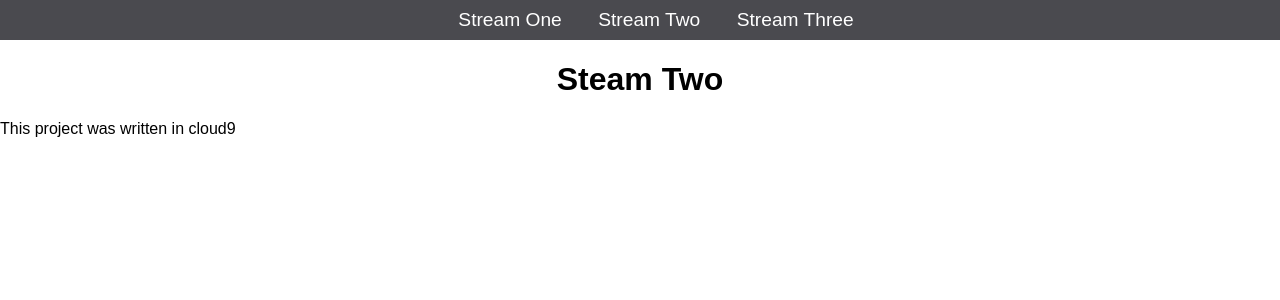
Repository: lisaannbyrne1/my-first-website
Page: stream-two.html
The author's editor kept a record of every edit. The page is drawn from the files as they stood at one moment, then again after the next edit.
The browser window is 1280 px wide. The pictures show the whole page.

Above is the page before.

### stream-two.html
<!DOCTYPE html>
<html>
    <head>
        <title>Hello World</title>
        <link rel="stylesheet" href="css/style.css" type="text/css" />
    </head>
    <body>
        <nav>
            <ul>
                <li><a href="stream-one.html">Stream One</a></li>
                <li><a href="stream-two.html">Stream Two</a></li>
                <li><a href="stream-three.html">Stream Three</a></li>
            </ul>
        </nav>
        <h1>Steam Two</h1>
        <p>This project was written in cloud9</p>
    </body>
</html>

### css/style.css
body{
    margin: 0;
    padding: 0;
    font-family: 'Oswald', sans-serif;
}

nav ul {
    list-style: none;
    background-color: #4a4a4f;
    text-align: center;
    margin: 0;
    padding: 0;
}

nav li {
    font-size: 1.2em;
    line-height: 40px;
    height: 40px;
    display: inline-block;
    margin-left: 2.5%;
}

nav a {
    text-decoration: none;
    color: #ffffff;
    display: block;
}

nav a:hover {
    background-color: #ffffff;
    color: #4a4a4f;
}

.card {
    float: left;
    width: 20%;
    margin-left: 10%;
}

.card a {
    text-align: center;
}

img {
    width: 100%;
}

h1{
    text-align: center;
}

After the next edit:
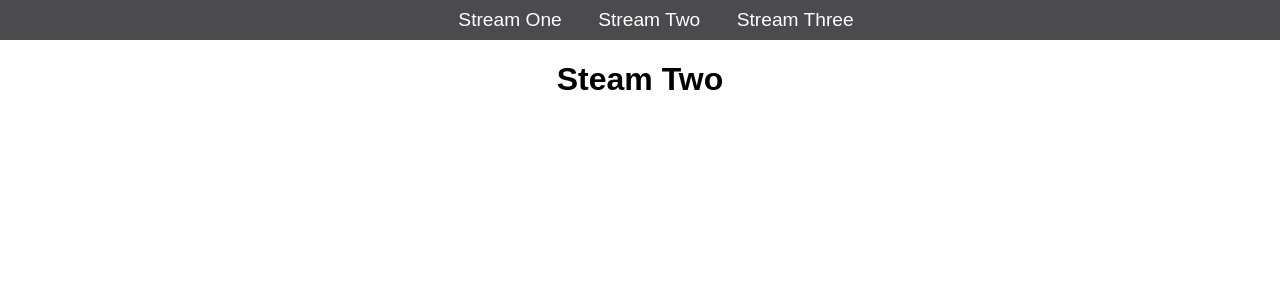
The edit:
--- a/stream-two.html
+++ b/stream-two.html
@@ -13,6 +13,10 @@
             </ul>
         </nav>
         <h1>Steam Two</h1>
-        <p>This project was written in cloud9</p>
+       <div class="card">
+            <a href="">
+                <img src=""/>
+                <h2></h2>
+            </a>
     </body>
 </html>
